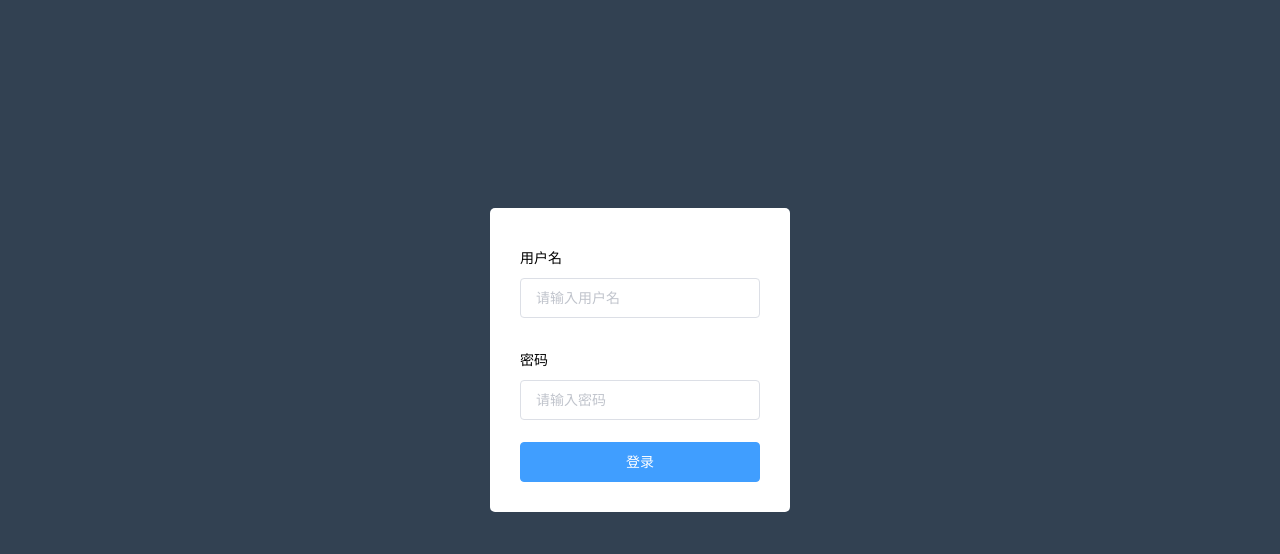
Repository: coWhy/blog-admin
Page: /#/login
An editor plug-in stored every save of this project. The page is shown before and after the next save, followed by the edit.
The browser window is 1280 px wide. The pictures show the whole page.
The page's requests for data from a server got no answer. The project was rebuilt for these pictures with package versions that can differ from the ones it lists, and the page was loaded fresh each time. No one was signed in, and anything a server would have sent is missing. Also part of the build but not shown: vue.config.js.

Above is the page before, as saved 2020-04-27 04:01:32.

After the next save:
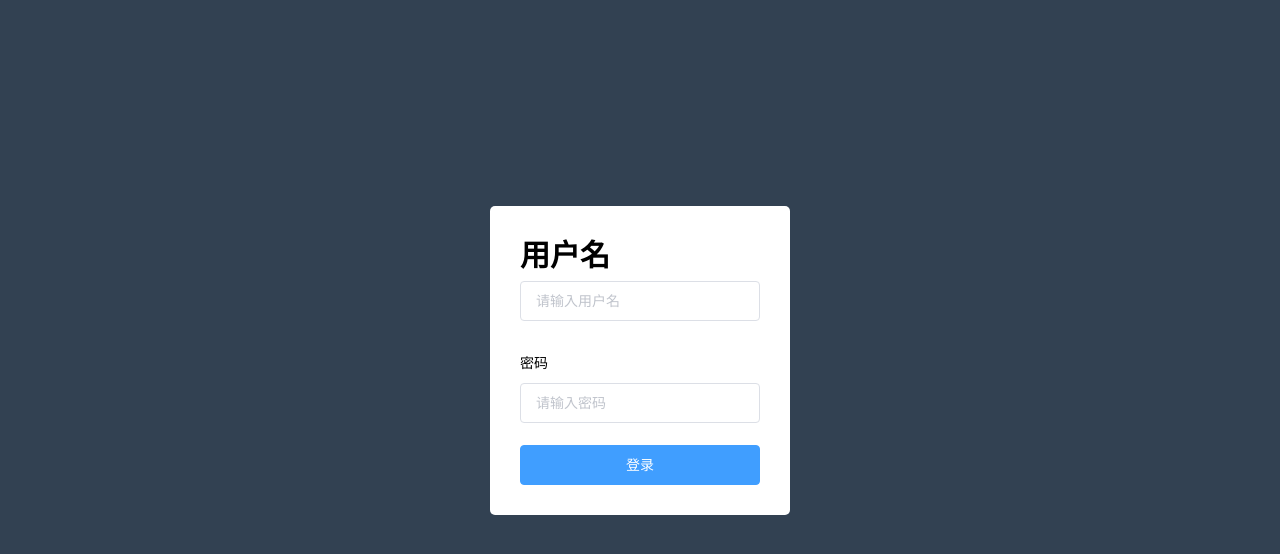
Saved 11 s later.
--- a/src/views/login/index.vue
+++ b/src/views/login/index.vue
@@ -7,7 +7,7 @@
       label-width="80px"
     >
       <el-form-item>
-        <span>用户名</span>
+        <span class="label">用户名</span>
         <el-input v-model="form.username" placeholder="请输入用户名"></el-input>
       </el-form-item>
       <el-form-item>
